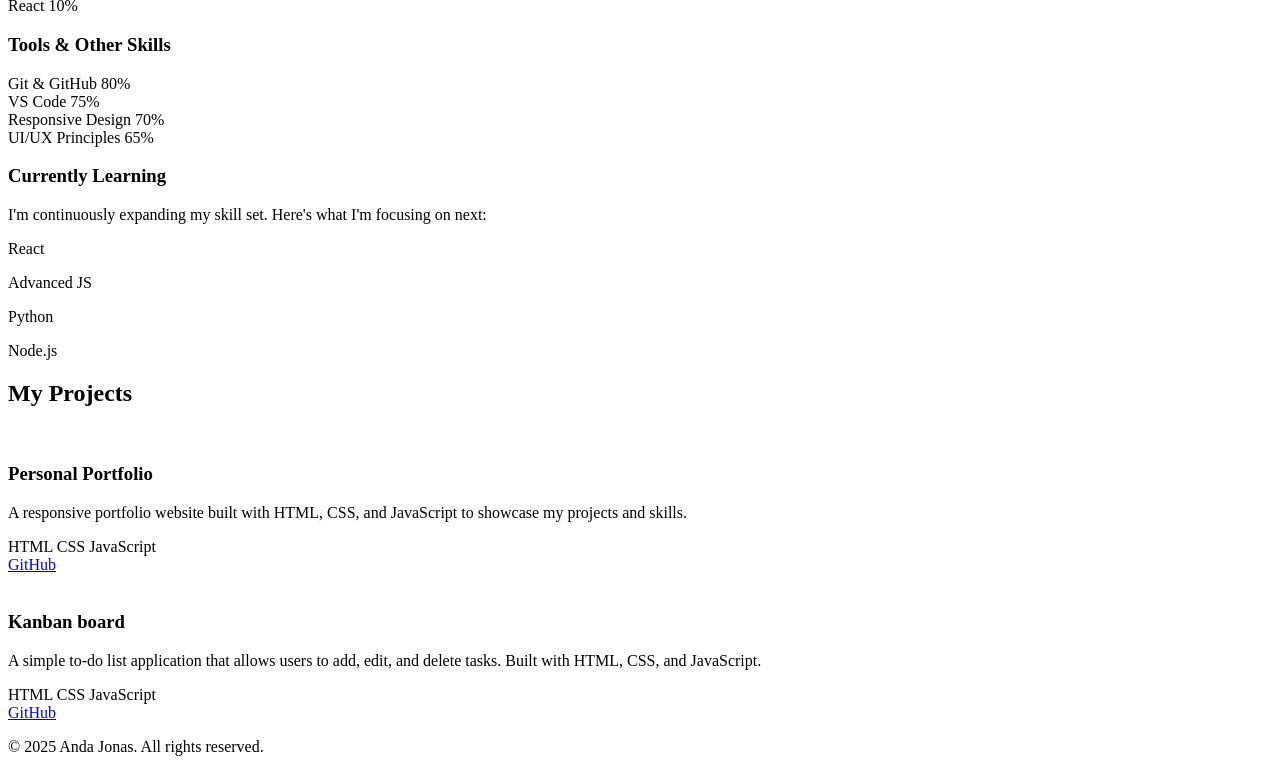
Repository: andajonas/ANDJON25111_fto2505_A_Anda-Jonas_CDV05
Page: index.html
An editor plug-in stored every save of this project. The page is shown before and after a run of saves, followed by the edit.
The browser window is 1280 px wide. The pictures show the part of the page from y = 738 to 1690 px (the page is 1510 px tall before and 1690 px after).
A picture or video elsewhere on the page could not be fetched, so the positions and the page height are approximate.

Above is the page before, as saved 2025-09-19 17:49:05.

After the next 2 saves:
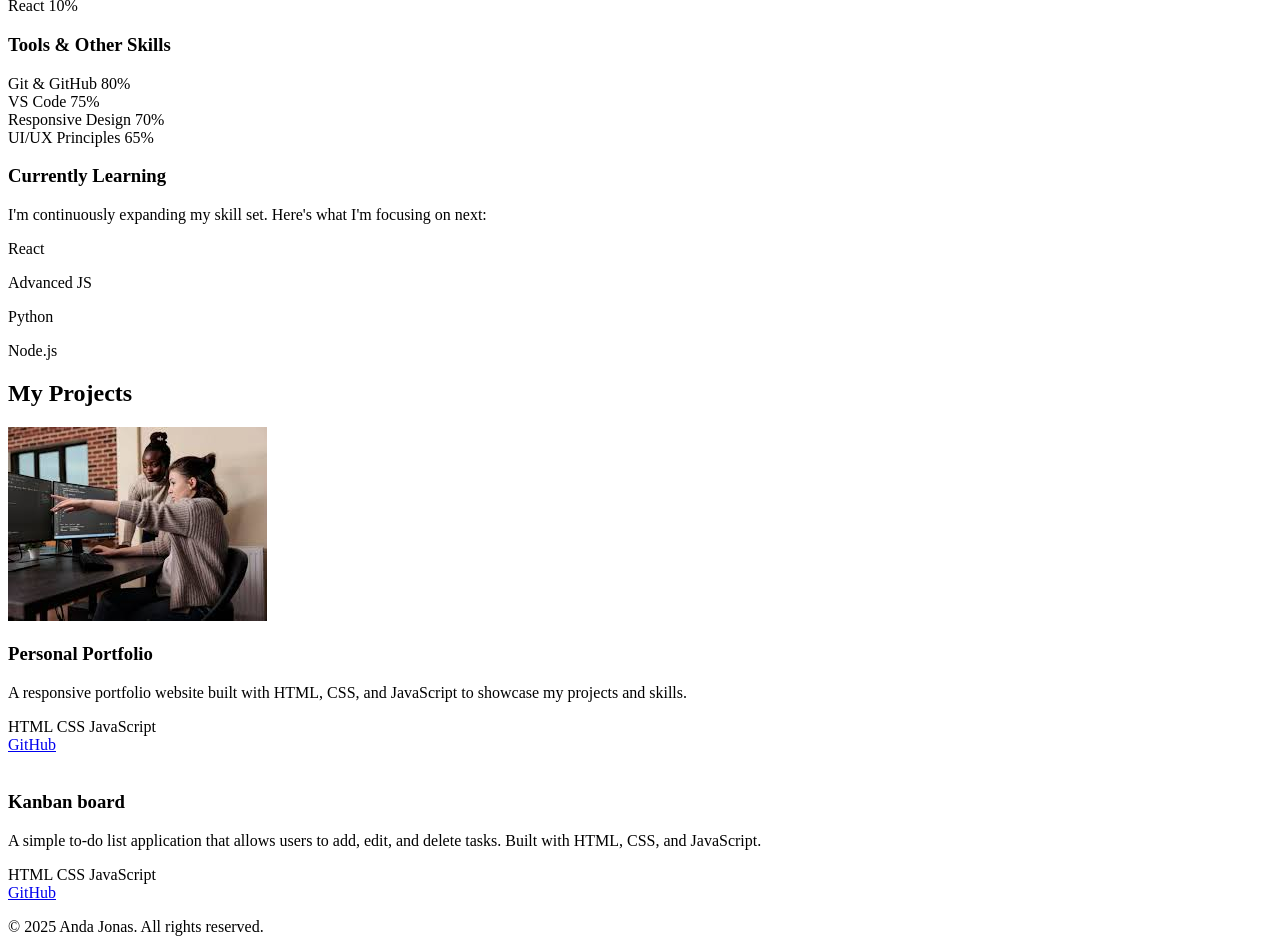
The 2 saves are shown as one change because they came seconds apart.
The last was saved 4 min 38 s later.
--- a/index.html
+++ b/index.html
@@ -160,7 +160,7 @@
         <div class="projects-container">
             <div class="project">
                 <div class="project-image">
-                    <img src="" alt="">
+                    <img src="aboutImage.jpeg" alt="">
                 </div>
                 <div class="project-info">
                     <h3>Personal Portfolio</h3>

After the 3 saves that followed:
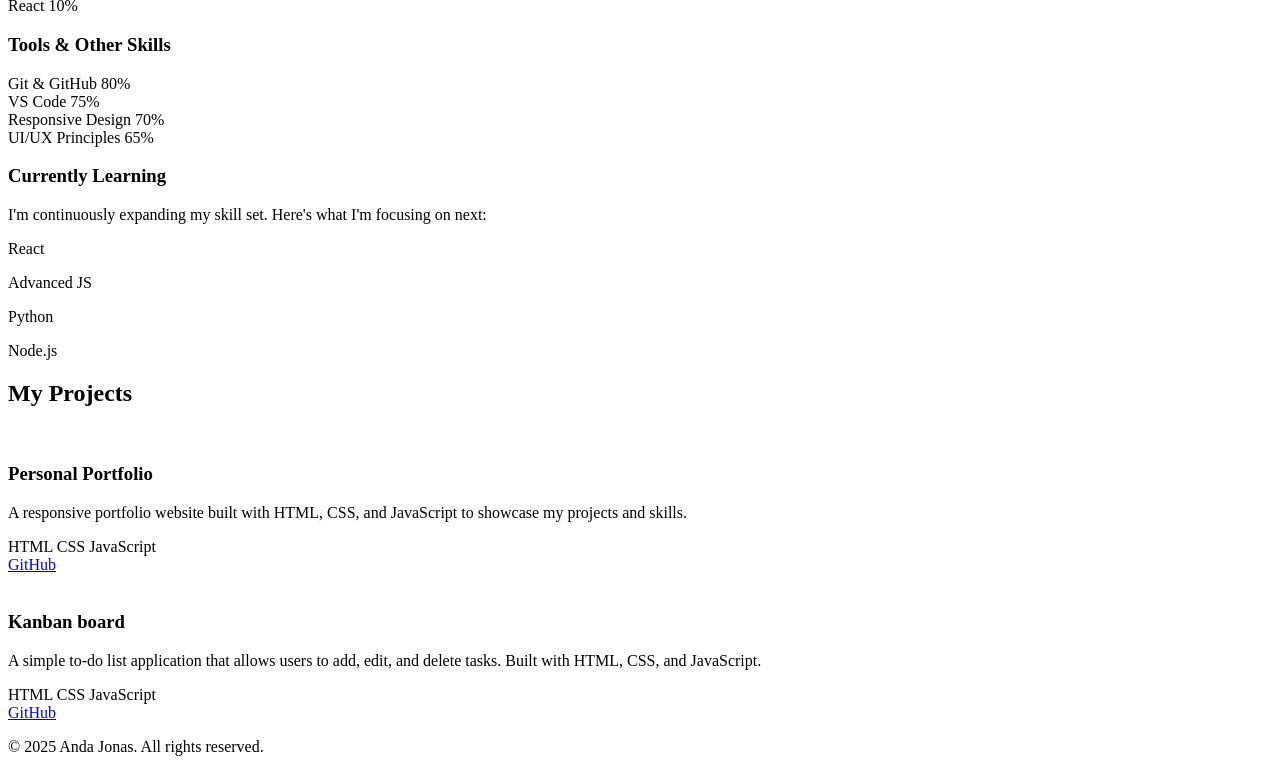
The 3 saves are shown as one change because 2 left the picture as it was.
The last was saved 24 s later.
--- a/index.html
+++ b/index.html
@@ -160,7 +160,7 @@
         <div class="projects-container">
             <div class="project">
                 <div class="project-image">
-                    <img src="aboutImage.jpeg" alt="">
+                    <img src="" alt="">
                 </div>
                 <div class="project-info">
                     <h3>Personal Portfolio</h3>
